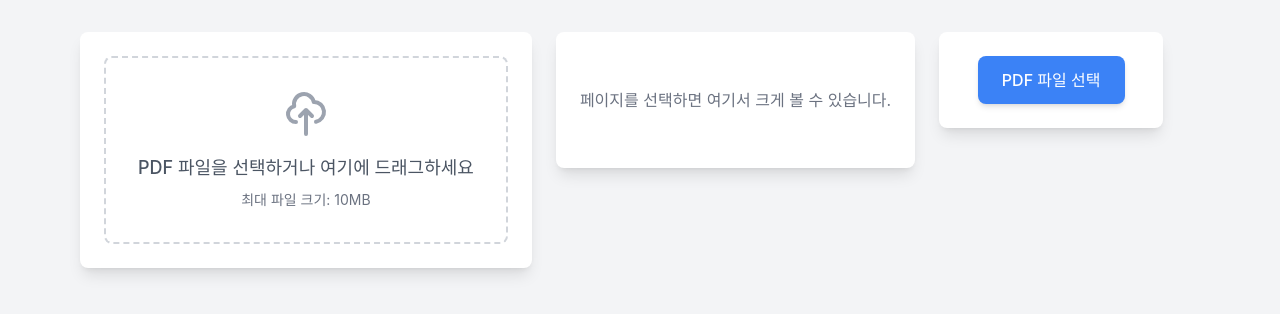
Repository: orcaCrew/PDF-Handler
Page: /
These files come from the project's save history. The page is drawn as it stood at one moment and after the next save; the edit follows.
The browser window is 1280 px wide. The pictures show the whole page.
The project was rebuilt for these pictures with package versions that can differ from the ones it lists, and the page was loaded fresh each time.

Above is the page before, as saved 2025-07-18 16:23:12.

### public/index.html
<!DOCTYPE html>
<html lang="ko">
  <head>
    <meta charset="utf-8" />
    <link rel="icon" href="%PUBLIC_URL%/favicon.ico" />
    <meta name="viewport" content="width=device-width, initial-scale=1" />
    <meta name="theme-color" content="#000000" />
    <meta
      name="description"
      content="PDF 파일 미리보기 애플리케이션"
    />
    <title>PDF 미리보기</title>
  </head>
  <body>
    <noscript>이 앱을 실행하려면 JavaScript를 활성화해야 합니다.</noscript>
    <div id="root"></div>
  </body>
</html>

### src/App.js
import React, { useState, useRef, useEffect } from 'react';
import { Document, Page, pdfjs } from 'react-pdf';
import 'react-pdf/dist/esm/Page/AnnotationLayer.css';
import 'react-pdf/dist/esm/Page/TextLayer.css';

pdfjs.GlobalWorkerOptions.workerSrc = `//cdnjs.cloudflare.com/ajax/libs/pdf.js/${pdfjs.version}/pdf.worker.min.js`;

function App() {
  const [file, setFile] = useState(null);
  const [numPages, setNumPages] = useState(null);
  const [pageNumber, setPageNumber] = useState(1);
  const [loading, setLoading] = useState(false);
  const [isDragOver, setIsDragOver] = useState(false);
  const [loadedPages, setLoadedPages] = useState(new Set());
  const [displayedPages, setDisplayedPages] = useState(3); // lazy 로드 시작 수
  const fileInputRef = useRef(null);
  const loaderRef = useRef(null); // 스크롤 lazy 트리거용

  // Intersection Observer로 lazy loading 구현
  useEffect(() => {
    if (!loaderRef.current) return;
    const observer = new IntersectionObserver(
      ([entry]) => {
        if (entry.isIntersecting && numPages && displayedPages < numPages) {
          setDisplayedPages(prev => Math.min(prev + 3, numPages));
        }
      },
      { threshold: 1 }
    );
    observer.observe(loaderRef.current);
    return () => observer.disconnect();
  }, [displayedPages, numPages]);

  const onFileChange = (event) => {
    const { files } = event.target;
    if (files && files[0]) {
      setFile(files[0]);
      setPageNumber(1);
      setLoadedPages(new Set());
      setDisplayedPages(3);
    }
    event.target.value = '';
  };

  const handleDragOver = (e) => {
    e.preventDefault();
    setIsDragOver(true);
  };

  const handleDragLeave = (e) => {
    e.preventDefault();
    setIsDragOver(false);
  };

  const handleDrop = (e) => {
    e.preventDefault();
    setIsDragOver(false);
    const droppedFiles = e.dataTransfer.files;
    if (droppedFiles && droppedFiles[0]) {
      const droppedFile = droppedFiles[0];
      if (droppedFile.type === 'application/pdf') {
        setFile(droppedFile);
        setPageNumber(1);
        setLoadedPages(new Set());
        setDisplayedPages(3);
      } else {
        alert('PDF 파일만 업로드 가능합니다.');
      }
    }
  };

  const onDocumentLoadSuccess = ({ numPages }) => {
    setNumPages(numPages);
    setLoading(false);
  };

  const onDocumentLoadError = (error) => {
    console.error('PDF 로드 오류:', error);
    setLoading(false);
  };

  const onPageLoadSuccess = (pageNumber) => {
    setLoadedPages(prev => {
      const newSet = new Set([...prev, pageNumber]);
      return newSet;
    });
  };

  return (
    <div className="min-h-screen bg-gray-100 py-8">
      <div className="max-w-6xl mx-auto px-4 space-y-6">
        <div className="flex flex-col lg:flex-row gap-6">
          {/* 미리보기 영역 */}
          <div className="lg:w-3/10">
            <div className="bg-white rounded-lg shadow-lg p-6">
              {file ? (
                <div className="space-y-6">
                  <div className="flex items-center justify-between">
                    <h2 className="text-xl font-semibold text-gray-800">
                      {file.name}
                    </h2>
                    <div className="text-gray-600">
                      총 {numPages || '...'} 페이지
                    </div>
                  </div>

                  <div className="space-y-4 max-h-[40rem] overflow-y-auto">
                    {loading && (
                      <div className="flex items-center justify-center p-8">
                        <div className="animate-spin rounded-full h-8 w-8 border-b-2 border-blue-500"></div>
                        <span className="ml-2 text-gray-600">PDF 로딩 중...</span>
                      </div>
                    )}

                    <Document
                      file={file}
                      onLoadSuccess={onDocumentLoadSuccess}
                      onLoadError={onDocumentLoadError}
                      onLoadStart={() => setLoading(true)}
                      loading={
                        <div className="flex items-center justify-center p-8">
                          <div className="animate-spin rounded-full h-8 w-8 border-b-2 border-blue-500"></div>
                          <span className="ml-2 text-gray-600">PDF 로딩 중...</span>
                        </div>
                      }
                    >
                      {numPages &&
                        Array.from(
                          new Array(Math.min(displayedPages, numPages)),
                          (el, index) => (
                            <div
                              key={`page_${index + 1}`}
                              className={`border-2 rounded-lg p-4 bg-white hover:shadow-md transition-shadow cursor-pointer ${
                                pageNumber === index + 1
                                  ? 'border-blue-500 bg-blue-50'
                                  : 'border-gray-200'
                              }`}
                              onClick={() => setPageNumber(index + 1)}
                            >
                              <div className="flex items-center space-x-4">
                                <div className="flex-shrink-0">
                                  <Page
                                    pageNumber={index + 1}
                                    width={120}
                                    renderTextLayer={false}
                                    renderAnnotationLayer={false}
                                    onLoadSuccess={() => onPageLoadSuccess(index + 1)}
                                    loading={
                                      <div className="w-30 h-40 bg-gray-200 rounded flex items-center justify-center">
                                        <div className="animate-spin rounded-full h-6 w-6 border-b-2 border-blue-500"></div>
                                      </div>
                                    }
                                  />
                                </div>
                                <div className="flex-1">
                                  <h3 className="text-lg font-semibold text-gray-800">
                                    {index + 1} 페이지
                                  </h3>
                                </div>
                              </div>
                            </div>
                          )
                        )}
                    </Document>

                    {/* lazy-load 트리거 */}
                    <div ref={loaderRef} className="h-12" />
                  </div>
                </div>
              ) : (
                <div
                  className={`border-2 border-dashed rounded-lg p-8 text-center transition-colors h-full flex items-center justify-center ${
                    isDragOver
                      ? 'border-blue-500 bg-blue-50'
                      : 'border-gray-300 hover:border-blue-400'
                  }`}
                  onDragOver={handleDragOver}
                  onDragLeave={handleDragLeave}
                  onDrop={handleDrop}
                >
                  <label
                    htmlFor="file-upload"
                    className="cursor-pointer flex flex-col items-center"
                  >
                    <svg
                      className="w-12 h-12 text-gray-400 mb-4"
                      fill="none"
                      stroke="currentColor"
                      viewBox="0 0 24 24"
                    >
                      <path
                        strokeLinecap="round"
                        strokeLinejoin="round"
                        strokeWidth={2}
                        d="M7 16a4 4 0 01-.88-7.903A5 5 0 1115.9 6L16 6a5 5 0 011 9.9M15 13l-3-3m0 0l-3 3m3-3v12"
                      />
                    </svg>
                    <span className="text-lg font-medium text-gray-600">
                      PDF 파일을 선택하거나 여기에 드래그하세요
                    </span>
                    <span className="text-sm text-gray-500 mt-2">
                      최대 파일 크기: 10MB
                    </span>
                  </label>
                </div>
              )}
            </div>
          </div>

          {/* 선택된 페이지 크게 보기 영역 */}
          <div className="lg:w-5/10">
            <div className="bg-white rounded-lg shadow-lg p-6">
              {file && pageNumber ? (
                <div className="space-y-4">
                  <div className="flex items-center justify-between">
                    <h3 className="text-lg font-semibold text-gray-800">
                      선택된 페이지
                    </h3>
                    <span className="text-sm text-gray-600">
                      {pageNumber} / {numPages}
                    </span>
                  </div>

                  <div className="flex justify-center">
                    <div className="border border-gray-300 rounded-lg shadow-lg bg-white">
                      <Document
                        file={file}
                        onLoadSuccess={onDocumentLoadSuccess}
                        onLoadError={onDocumentLoadError}
                        onLoadStart={() => setLoading(true)}
                        loading={
                          <div className="flex items-center justify-center p-8">
                            <div className="animate-spin rounded-full h-8 w-8 border-b-2 border-blue-500"></div>
                            <span className="ml-2 text-gray-600">PDF 로딩 중...</span>
                          </div>
                        }
                      >
                        <Page
                          pageNumber={pageNumber}
                          width={Math.min(window.innerWidth * 0.4 - 100, 600)}
                          renderTextLayer={false}
                          renderAnnotationLayer={false}
                        />
                      </Document>
                    </div>
                  </div>
                </div>
              ) : (
                <div className="text-center text-gray-500 py-8">
                  <p>페이지를 선택하면 여기서 크게 볼 수 있습니다.</p>
                </div>
              )}
            </div>
          </div>

          {/* 선택 버튼 영역 */}
          <div className="lg:w-1/5">
            <div className="bg-white rounded-lg shadow-lg p-6">
              <div className="flex justify-center">
                <button
                  onClick={() => {
                    fileInputRef.current?.click();
                  }}
                  className="px-6 py-3 bg-blue-500 text-white rounded-lg hover:bg-blue-600 transition-colors font-medium shadow-md"
                >
                  {file ? 'PDF 파일 변경' : 'PDF 파일 선택'}
                </button>
              </div>
              <input
                ref={fileInputRef}
                type="file"
                accept=".pdf"
                onChange={onFileChange}
                className="hidden"
                id="file-upload"
              />
            </div>
          </div>
        </div>
      </div>
    </div>
  );
}

export default App;

Loaded but not shown: src/index.js (common file); src/index.css (common file); tailwind.config.js (common file)

After the next save:
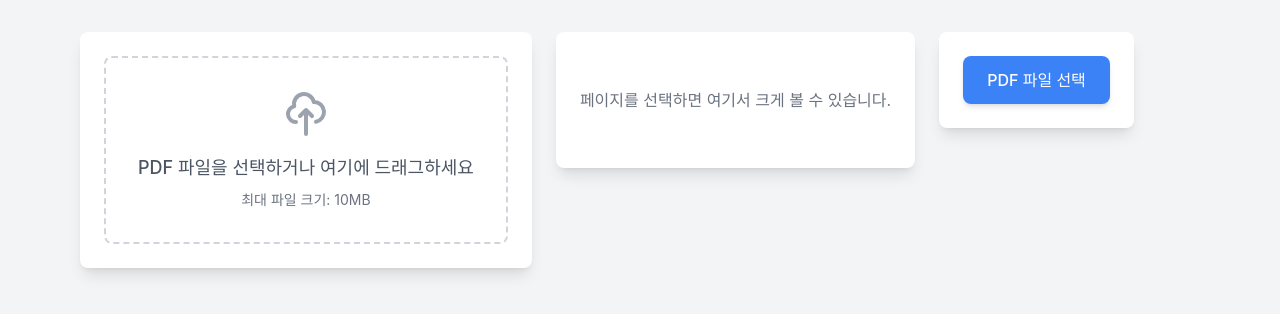
Saved 4 s later.
--- a/src/App.js
+++ b/src/App.js
@@ -254,7 +254,7 @@ function App() {
           </div>
 
           {/* 선택 버튼 영역 */}
-          <div className="lg:w-1/5">
+          <div className="lg:w-2/10">
             <div className="bg-white rounded-lg shadow-lg p-6">
               <div className="flex justify-center">
                 <button
